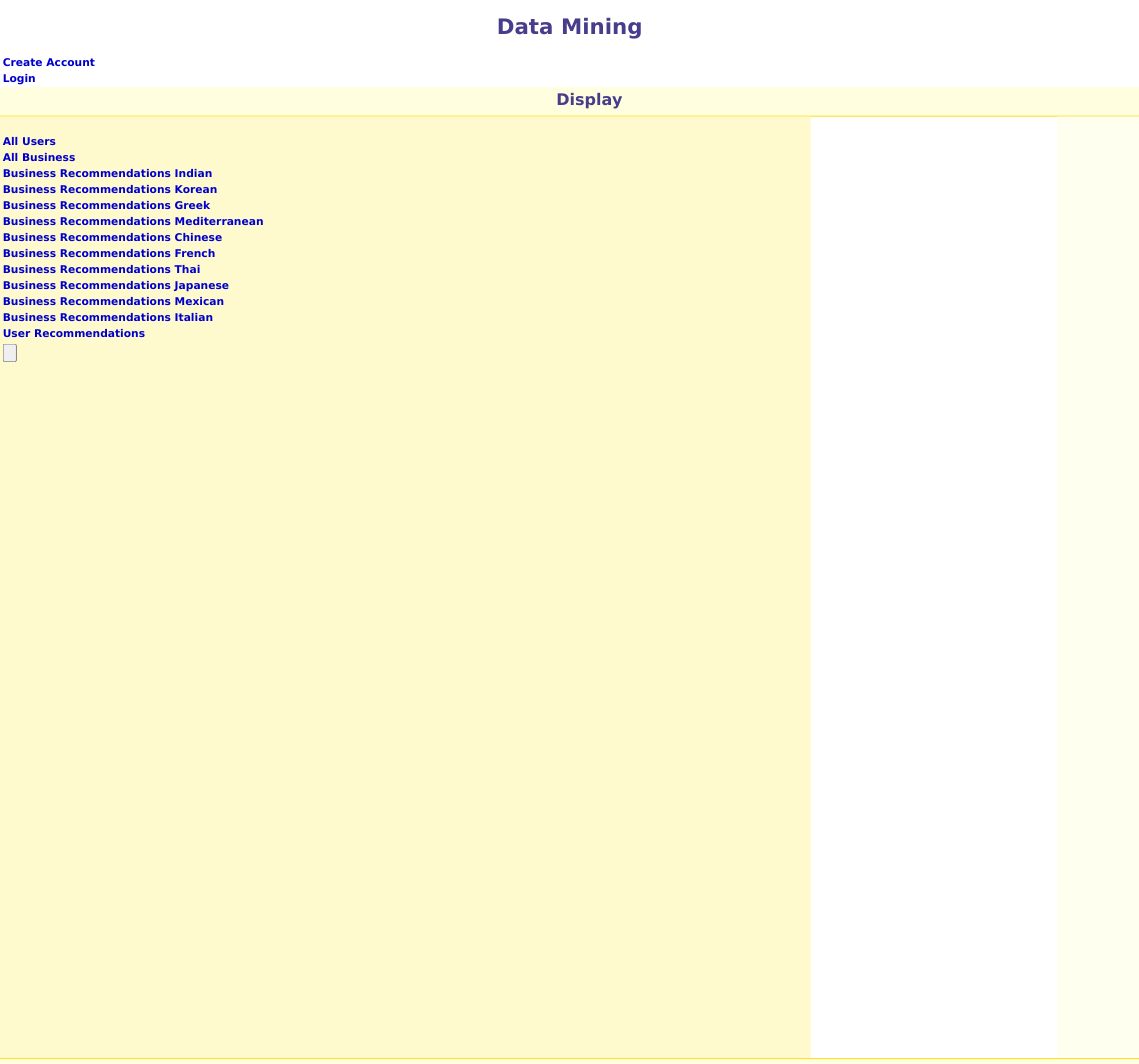
Repository: sowmyaganesan/DataMining
Page: http://localhost/Yelp/main.jsp
The author's editor kept a copy of each file at every save. The page is drawn from the files as they stood at one save, then again after the next save.
The browser window is 1280 px wide. The pictures show the whole page, at 89% of full size.
The page is served by Tomcat 9. Other server files are loaded and not shown. The template is opened directly, without the code that normally fills it, so the values that code supplies are empty.

Above is the page before, as saved 2013-04-27 00:38:27.
Console error: ReferenceError: google is not defined

### final project/Yelp/WebContent/main.jsp
<%@ page import="java.sql.*"%>
<%@ page import="javax.imageio.*"%>
<%@ page import="java.awt.image.BufferedImage"%>
<%@ page import="java.io.ByteArrayInputStream"%>
<%@ page import="java.util.List"%>
<%@ page import="javax.xml.bind.*"%>
<%@ page import="com.yelp.*"%>
<%@ taglib uri="http://java.sun.com/jsp/jstl/core" prefix="c"%>
<%@ page import="java.util.ArrayList"%>


<%@ page language="java" contentType="text/html; charset=ISO-8859-1" pageEncoding="ISO-8859-1"%>
<!DOCTYPE html PUBLIC "-//W3C//DTD HTML 4.01 Transitional//EN" "http://www.w3.org/TR/html4/loose.dtd">
<html>
<head>
    <meta http-equiv="content-type" content="text/html; charset=UTF-8">
    <link rel="stylesheet" type="text/css" href="main.css"  />

    <title>Data Mining</title>

    <script type="text/javascript">
      function drawVisualization() {
        // Create and populate the data table.
        var data = google.visualization.arrayToDataTable([
          ['Task', 'Hours per Day'],
          ['Indian', 66],
          ['Korean', 48],
          ['Greek', 44],
          ['Mediterranean', 73],
 ['Chinese', 119],
 ['French', 25],
 ['Thai', 67],
 ['Japanese', 81],
 ['Mexican', 136],
 ['Italian', 115]
        ]);

        // Create and draw the visualization.
        new google.visualization.PieChart(document.getElementById('visualization')).
            draw(data, {title:"Popularity of cuisine type based on demographics"});
      }



      google.setOnLoadCallback(drawVisualization);
    </script>


</head>
<%!
	private String username = "" ;
	private String userid = "";
	private StringBuilder votes = new StringBuilder();
	private List<YelpDataSet1> x;
	byte[] img = new byte[1];
	private List<BusinessDetail> list_business_detail = new ArrayList<BusinessDetail>();

%>

	<center><h1>Data Mining</h1></center>

    <table>
      <tr>
        <td colspan="2" style="font-weight:bold;"><a href="/Yelp/main.jsp">Create Account</a></td>
      </tr>
       <tr>
        <td colspan="2" style="font-weight:bold;"><a href="/Yelp/main.jsp">Login</a></td>
      </tr>
    </table>
    <form id="form1" method="post" action="main.jsp">
    <%
    	username = request.getParameter("login");
    	votes = (StringBuilder) session.getAttribute("vote");

    %>

    <table width="100%" border=0 cellpadding=0 cellspacing=0>
    <tr>
    <td colspan=3 class="pagetop">
        <table width=100% border=0>
        <tr>
        <td></td>

   		  <td valign="bottom" align="center" style="font-weight:bold; font-size:large">Display</td>

        </tr>
        </table>

    </td>
    </tr>
    <tr>
    	<td valign="top" width="20%" class="pageleft" height="600px">

    	<table>
    		<tr>
    			<td colspan="2">&nbsp;</td>
    		</tr>
   			<tr>
   				<td colspan="2" style="font-weight:bold;"><a href="/Yelp/AllUsersServlet">All Users</a></td>
   			</tr>
    		<tr>
   				<td colspan="2" style="font-weight:bold;"><a href="/Yelp/BusinessServlet">All Business</a></td>
   			</tr>
   			<div class="inner">
			<div id="choice" align="center">
   			<tr>
   				<td colspan="2" style="font-weight:bold;"><a href="/Yelp/BusinessRecomServlet?id=Indian">Business Recommendations Indian</a></td>
   			</tr>
   			<tr>
   				<td colspan="2" style="font-weight:bold;"><a href="/Yelp/BusinessRecomServlet?id=Korean">Business Recommendations Korean</a></td>
   			</tr>
   			<tr>
   				<td colspan="2" style="font-weight:bold;"><a href="/Yelp/BusinessRecomServlet?id=Greek">Business Recommendations Greek</a></td>
   			</tr>
   			<tr>
   				<td colspan="2" style="font-weight:bold;"><a href="/Yelp/BusinessRecomServlet?id=Mediterranean">Business Recommendations Mediterranean</a></td>
   			</tr>
   			<tr>
   				<td colspan="2" style="font-weight:bold;"><a href="/Yelp/BusinessRecomServlet?id=Chinese">Business Recommendations Chinese</a></td>
   			</tr>
   			<tr>
   				<td colspan="2" style="font-weight:bold;"><a href="/Yelp/BusinessRecomServlet?id=French">Business Recommendations French</a></td>
   			</tr>
   			<tr>
   				<td colspan="2" style="font-weight:bold;"><a href="/Yelp/BusinessRecomServlet?id=Thai">Business Recommendations Thai</a></td>
   			</tr>
   			<tr>
   				<td colspan="2" style="font-weight:bold;"><a href="/Yelp/BusinessRecomServlet?id=Japanese">Business Recommendations Japanese</a></td>
   			</tr>
   			<tr>
   				<td colspan="2" style="font-weight:bold;"><a href="/Yelp/BusinessRecomServlet?id=Mexican">Business Recommendations Mexican</a></td>
   			</tr>
   			<tr>
   				<td colspan="2" style="font-weight:bold;"><a href="/Yelp/BusinessRecomServlet?id=Italian">Business Recommendations Italian</a></td>
   			</tr>
   			<tr>
   				<td colspan="2" style="font-weight:bold;"><a href="/Yelp/CompareUsersServlet">User Recommendations</a></td>
   			</tr>
   			<tr>
   				<td colspan="2" style="font-weight:bold;"><a >

   				<div id="visualization" style="width: 900px; height: 800px;"><input type="button"></div>
   				</a>

   				</td>
   			</tr>
   			</div>
   			</div>
    	</table>

    	</td>
    	<td valign="top" width="60%">

    		<table>
    		<tr>
    				<%
    		 			if(request.getAttribute("allusers") != null)
    		 			{
    				%>

    					<tr>
    						<th>user id</th><th>stars</th><th>reviews</th><th>funny</th><th>useful</th><th>cool</th><th align="left">name</th>
    					</tr>
    				<%
    					}
    				%>
    				<%
    		 			if(request.getAttribute("business") != null)
    		 			{
    				%>

    					<tr>
    						<th>business</th><th>city</th><th>state</th><th>stars</th><th>review count</th><th>category</th>
    					</tr>
    				<%
    					}
    				%>
    				<%
    		 			if(request.getAttribute("bustype") != null)
    		 			{
    				%>

    					<tr>
    						<th>Name</th><th>Address</th><th>Stars</th><th>Review Count</th>
    					</tr>
    				<%
    					}
    				%>
    				<%
    		 			if(request.getAttribute("compuser") != null)
    		 			{
    		 				list_business_detail = (List<BusinessDetail>) request.getAttribute("compuser");

    		 				request.setAttribute("showb", list_business_detail);
    		 				request.getSession().setAttribute("showbb", list_business_detail);
    				%>

    					<tr>
    						<th>User id</th><th>Name</th><th>URL</th>
    					</tr>
    				<%
    					}
    				%>

					<c:forEach items="${allusers}" var="user" varStatus="loop">
					<tr>
						<td>"${user.getUserid()}"</td>
						<td>"${user.getAveragestars().substring(0, 3)}"</td>
						<td align="center">"${user.getReviewcount()}"</td>
						<td align="center">"${user.getVote().getFunny()}"</td>
						<td align="center">"${user.getVote().getUseful()}"</td>
						<td align="center">"${user.getVote().getCool()}"</td>
						<td>"${user.getName()}"</td>
					</tr>
        			</c:forEach>
        			<c:forEach items="${business}" var="item" varStatus="loop">
					<tr>
						<td>"${item.getName()}"</td>
						<td>"${item.getCity()}"</td>
						<td>"${item.getState()}"</td>
						<td>"${item.getStars()}"</td>
						<td>"${item.getReviewcount()}"</td>
						<td>"${item.getCategories()}"</td>

					</tr>
        			</c:forEach>
        			<c:forEach items="${bustype}" var="item" varStatus="loop">
					<tr>
						<td>"${item.getbusiness_name()}"</td>
						<td>"${item.getbusiness_address()}"</td>
						<td>"${item.getstars()}"</td>
						<td>"${item.getreview_count()}"</td>
					</tr>
        			</c:forEach>
        			<c:forEach items="${compuser}" var="item" varStatus="loop">
					<tr>
						<td><a href ="/Yelp/ShowBus.jsp?id=${item.getUserid()}"> <c:out value =  "${item.getUserid()}"> </c:out> </a> </td>
						<td>"${item.getUserName()}"</td>
						<td><a href = <c:out value="${item.getUserUrl()}" /> >  <c:out value="${item.getUserUrl()}" ></c:out></a></td>
					</tr>
        			</c:forEach>




    		</tr>


			</table>
    	</td>
    	<td valign="top" width="20%" class="pageright">


    	</td>
    </tr>
    <tr>
    	<td colspan=3 class="pagebottom" align="center">



    </td>
    </tr>
    </table>

    </form>
<body>

</body>
</html>

### final project/Yelp/WebContent/main.css
A:link
{
	font-weight: bold;
	font-size: 9pt;
	color: mediumblue;
	font-family: Verdana;
	text-decoration: none;
}

A:visited
{
	font-weight: bold;
	font-size: 9pt;
	color: mediumblue;
	font-family: Verdana;
	text-decoration: none;
}

A:hover
{
	font-weight: bold;
	font-size: 9pt;
	color: dodgerblue;
	font-family: Verdana;
	text-decoration: underline;
}

p
{
    font-size: 9pt;
    color: darkslateblue;
    font-family: Verdana;
}

body
{
    font-size: 9pt;
    color: darkslateblue;
    font-family: Verdana, Arial;
    margin: 0px;
}

.dataentryformlabel
{
    font-weight: bold;
    font-size: 9pt;
    color: darkgoldenrod;
    font-family: Verdana;
}

.dataentryformerrormsg
{
    font-weight: bold;
    font-size: 9pt;
    color: darkorange;
    font-family: Verdana;
}

.dataentryformtextbox
{
    border-right: peru 1px solid;
    border-top: peru 1px solid;
    border-left: peru 1px solid;
    border-bottom: peru 1px solid;
}

.dataentryformbutton
{
    font-weight: bold;
    font-size: 9pt;
    color: ivory;
    font-family: Verdana;
    background-color: goldenrod;
}

.pagetop
{
    background-color: lightyellow;
    padding-bottom: 5px;
    padding-left: 10px;
    border-bottom: gold thin solid;
}

.pageleft
{
    background-color: lemonchiffon;
    padding-right: 5px;
}

.pageright
{
    background-color: ivory;
}

.pagebottom
{
    background-color: lightyellow;
    border-top: gold thin solid;
    padding-top: 5px;
}

.dataentryformheading
{
    padding-right: 2px;
    padding-left: 2px;
    font-weight: bold;
    font-size: 11pt;
    padding-bottom: 2px;
    vertical-align: middle;
    color: sienna;
    padding-top: 2px;
    font-family: Verdana;
    background-color: khaki;
    text-align: center;
}

.biglabel
{
    padding-right: 2px;
    padding-left: 2px;
    font-weight: bold;
    font-size: 10pt;
    padding-bottom: 2px;
    vertical-align: middle;
    color: darkorange;
    padding-top: 2px;
    font-family: Verdana;
    text-align: center;
    width: 100%;
    font-style: italic;
}

.dataentryformlabelbig
{
    padding-right: 2px;
    padding-left: 2px;
    font-weight: bold;
    font-size: 10pt;
    padding-bottom: 2px;
    vertical-align: middle;
    color: sienna;
    padding-top: 2px;
    font-family: Verdana;
    text-align: center;
    width: 100%;
    font-style: normal;
    background-color: blanchedalmond;
}

.marketingtext
{
    padding-right: 2px;
    padding-left: 2px;
    font-size: 20px;
    padding-bottom: 2px;
    color: peru;
    padding-top: 2px;
    font-family: Arial;
}
.scroll{
  overflow:auto;
}

After the next save:
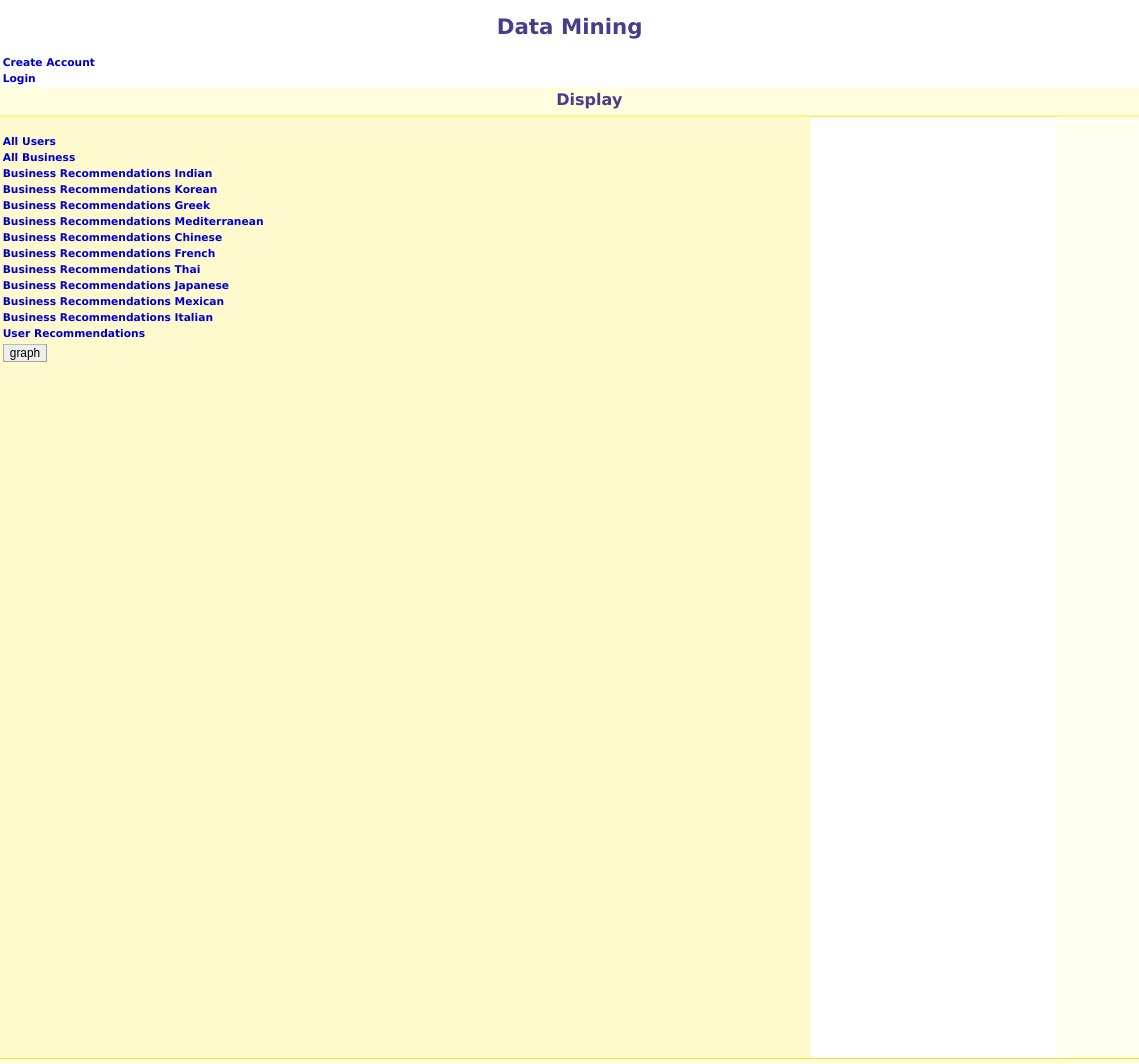
Saved 22 s later.
--- a/final project/Yelp/WebContent/main.jsp
+++ b/final project/Yelp/WebContent/main.jsp
@@ -139,7 +139,7 @@
    			<tr>
    				<td colspan="2" style="font-weight:bold;"><a >
 
-   				<div id="visualization" style="width: 900px; height: 800px;"><input type="button"></div>
+   				<div id="visualization" style="width: 900px; height: 800px;"><input type="button" value="graph" ></div>
    				</a>
 
    				</td>
